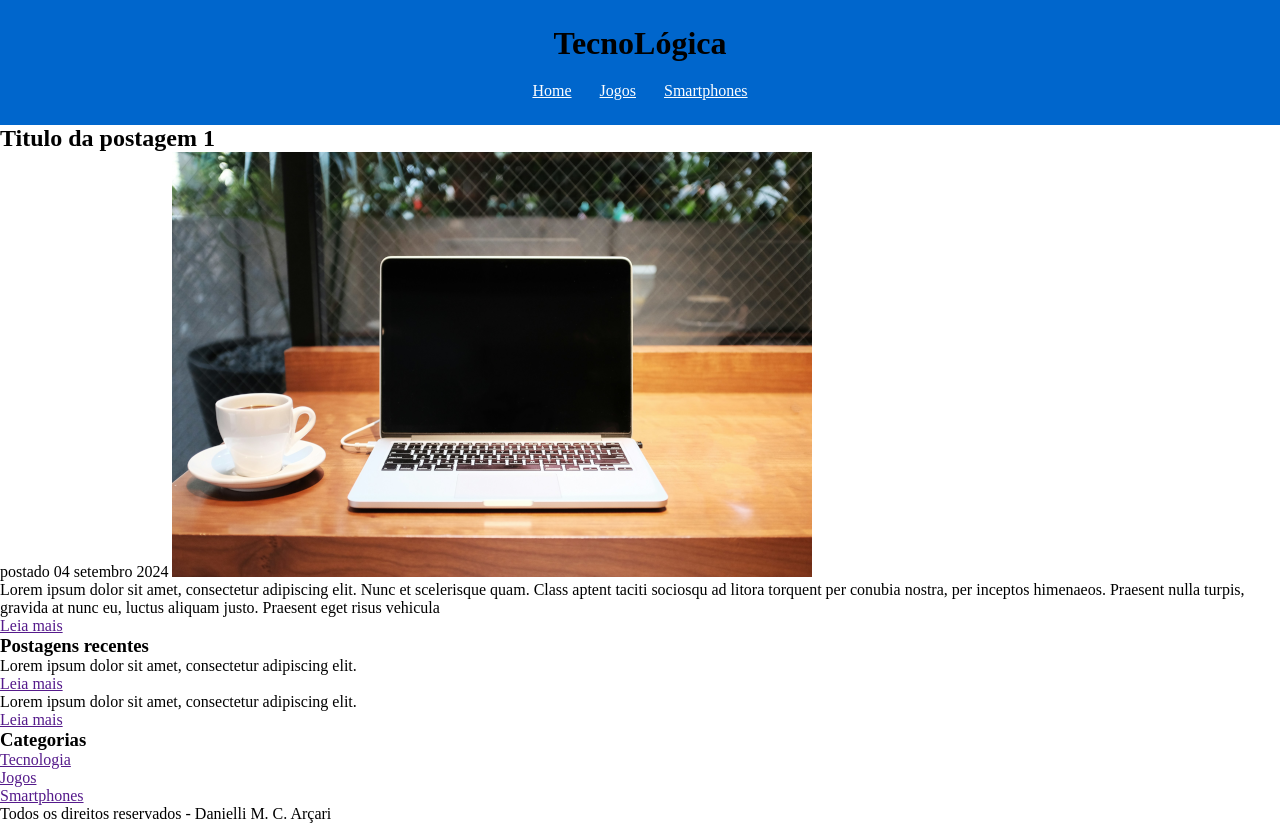
Repository: danielli-arcari/blog-html-css
Page: index.html
An editor plug-in stored every save of this project. The page is shown before and after the next save, followed by the edit.
The browser window is 1280 px wide. The pictures show the whole page.
The pointer rests on the first visible `#header a`.

Above is the page before, as saved 2026-03-10 16:17:24.

After the next save:
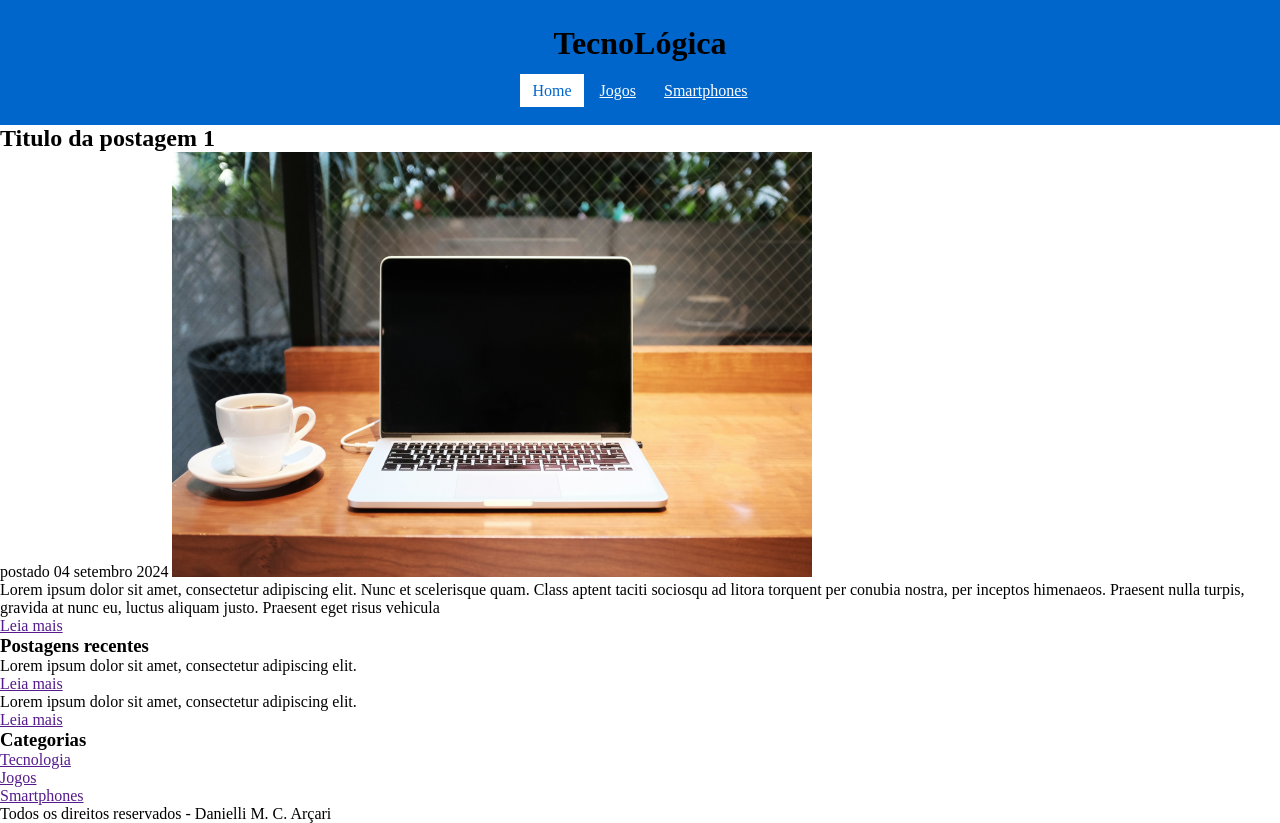
Saved 90 s later.
--- a/css/style.css
+++ b/css/style.css
@@ -22,3 +22,9 @@
     color: #FFFFFF;
     padding: 8px 12px;
 }
+
+#header a:hover{
+    color: #0066CC;
+    background: #FFFFFF;
+    text-decoration: none;
+}
